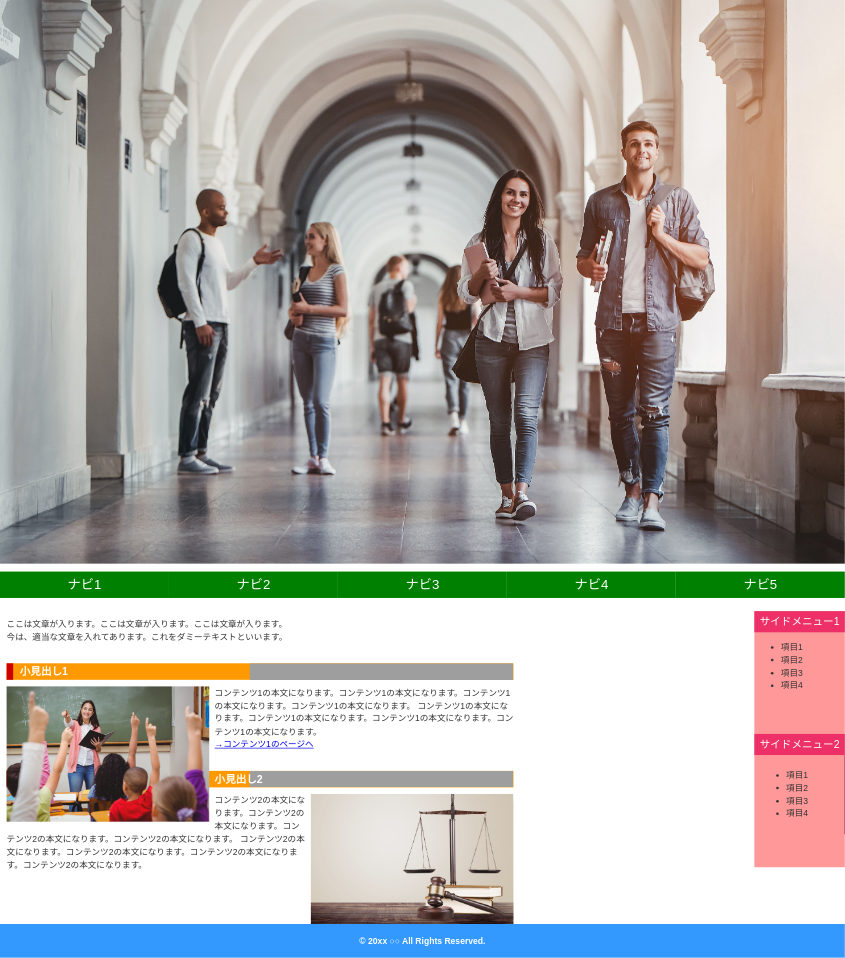
Repository: saki2526/samurai_HTML-CSS
Page: home.html
The author's editor kept a record of every edit. The page is drawn from the files as they stood at one moment, then again after the next edit.
The browser window is 1280 px wide. The pictures show the whole page, at 66% of full size.
Pictures or frames that could not be fetched are drawn as grey boxes.

Above is the page before.

### home.html
<!DOCTYPE html>
<html lang="ja">
    <head>
        <meta charset="UTF-8">
        <title>HTML/CSSの学習</title>
        <link rel="stylesheet" href="stylesheet.css">
    </head>
    <body>
        <div id="header">
            <h1><a href="index.html"><img id="corridor" src="images/corridor.jpg" alt="大学の廊下" /></a></h1>
        </div>
        <div id="wrapper">
            <div id="nav">
                <ul>
                    <li><a href="home.html">ナビ1</a></li>
                    <li><a href="#">ナビ2</a></li>
                    <li><a href="#">ナビ3</a></li>
                    <li><a href="#">ナビ4</a></li>
                    <li><a href="#">ナビ5</a></li>
                </ul>
            </div>
            <div id="container">
                <div id="main">
                    <div class="post">
                        <p>ここは文章が入ります。ここは文章が入ります。ここは文章が入ります。<br />今は、適当な文章を入れてあります。これをダミーテキストといいます。</p>
                    </div>
                    <div class="post clearfix">
                        <h2>小見出し1</h2>
                        <img class="left" src="images/classroom.jpg" alt="授業風景" />
                        <p>
                            コンテンツ1の本文になります。コンテンツ1の本文になります。コンテンツ1の本文になります。コンテンツ1の本文になります。
                            コンテンツ1の本文になります。コンテンツ1の本文になります。コンテンツ1の本文になります。コンテンツ1の本文になります。
                        </p>
                        <p><a href="#">→コンテンツ1のページへ</a></p>
                    </div>
                    <div class="post clearfix">
                        <h2>小見出し2</h2>
                        <img class="right" src="images/scale.jpg" alt="天秤" />
                        <p>
                            コンテンツ2の本文になります。コンテンツ2の本文になります。コンテンツ2の本文になります。コンテンツ2の本文になります。
                            コンテンツ2の本文になります。コンテンツ2の本文になります。コンテンツ2の本文になります。コンテンツ2の本文になります。
                        </p>
                    </div>
                </div>
            </div>
                <div id="side">
                    <div class="box">
                        <h2>サイドメニュー1</h2>
                        <div class="boxbody">
                            <ul>
                                <li>項目1</li>
                                <li>項目2</li>
                                <li>項目3</li>
                                <li>項目4</li>
                            </ul>
                        </div>
                    </div>
                    <div class="box">
                        <h2>サイドメニュー2</h2>
                        <div class="boxBody">
                            <ul>
                                <li>項目1</li>
                                <li>項目2</li>
                                <li>項目3</li>
                                <li>項目4</li>
                            </ul>
                        </div>
                    </div>
                </div>
        </div>
        <div id="footer">
            <p>&copy; 20xx ○○ All Rights Reserved.</p>
        </div>
    </body>
</html>

### stylesheet.css
@charset "utf-8";

body {
	margin: 0;
	padding: 0;
	font-family: "ヒラギノ角ゴ Pro W3", "Hiragino Kaku Gothic Pro", "メイリオ", Meiryo, Osaka, "ＭＳ Ｐゴシック", "MS PGothic", sans-serif;
	color: #333;
	font-size: 13px;
	line-height: 150%;
}

/* -------------------- wrapper -------------------- */
#wrapper {
	width: 100%;
	margin: auto;
	padding: 0px;
	border: 0px;
	background-color: #FFF;
	top: 10px;
	position: relative;
}

/* -------------------- header -------------------- */
#header {
	width: 100%;
}
#header h1 {
	margin: 0;
	padding: 0;
}

#corridor {
	width: 100%;
	height: auto;
}

/* -------------------- footer -------------------- */
#footer {
	clear: both;
	width: 100%;
	padding: 3px 0 3px 0;
	background: #39F;
	color: #FFF;
	font-weight: bold;
	text-align: center;
}

/* -------------------- nav -------------------- */
#nav {
	width: 100%;
}
#nav ul {
	margin: 0;
	padding: 0;
	list-style-type: none;
}
#nav ul li {
	float: left;
	width: 20%;
	text-align: center;
}
#nav ul li a {
	display: block;
	height: 20px;
	margin: 0;
	padding: 10px;
	color: #FFF;
	font-size: 20px;
	text-decoration: none;
	background-color: green;
}

/* -------------------- container -------------------- */
#container {
	width: 100%;
	margin: auto ;
	padding: auto;
	padding-top: 20px;
	clear: both;
}
/* -------------------- main -------------------- */
#main {
	float: left;
	width: 60%;
	padding: 10px 30px 10px 10px;
}
#main h2 {
	margin: 0 0 10px 0;
	padding: 3px 10px 3px 10px;
	color: #FFF;
	font-size: 16px;
	border-left: solid 10px #C00;
	background: #F90 url(../images/main_h2.jpg) right top repeat-y;
}
#main p {
	margin: 0;
	padding: 0;
}
#main .post {
	margin: 0 0 30px 0;
}

#main .post img.right {
	margin: 0 0 0 8px;
}
#main .post img.left {
	margin: 0 8px 0 0;
}

.right {
	float: right;
	width: 40%;
	height: auto;
}
.left {
	float: left;
	width: 40%;
	height: auto;
}

/* -------------------- side ------------------- */
#side {
	    float: right;
	    width: 30%
	    padding: 20px;
	    background-color: #F99;
}
#side .box {
        margin: 0 auto 30px auto;
        padding: 0 0 20px 0;
        background: url(images/side_box.png) botton no-repeat;
}
#side .box h2 {
        margin: 0;
        padding: 8px;
        text-align: center;
        color: #fff;
        font-size: 16px;
        line-height: 16px;
        font-weight: normal;
        background: url(images/side_box_h2.png) center no-repeat;
}
#side .box .boxBody {
        padding: 8px;
        border-right: solid 1px #C36;
}

After the next edit:
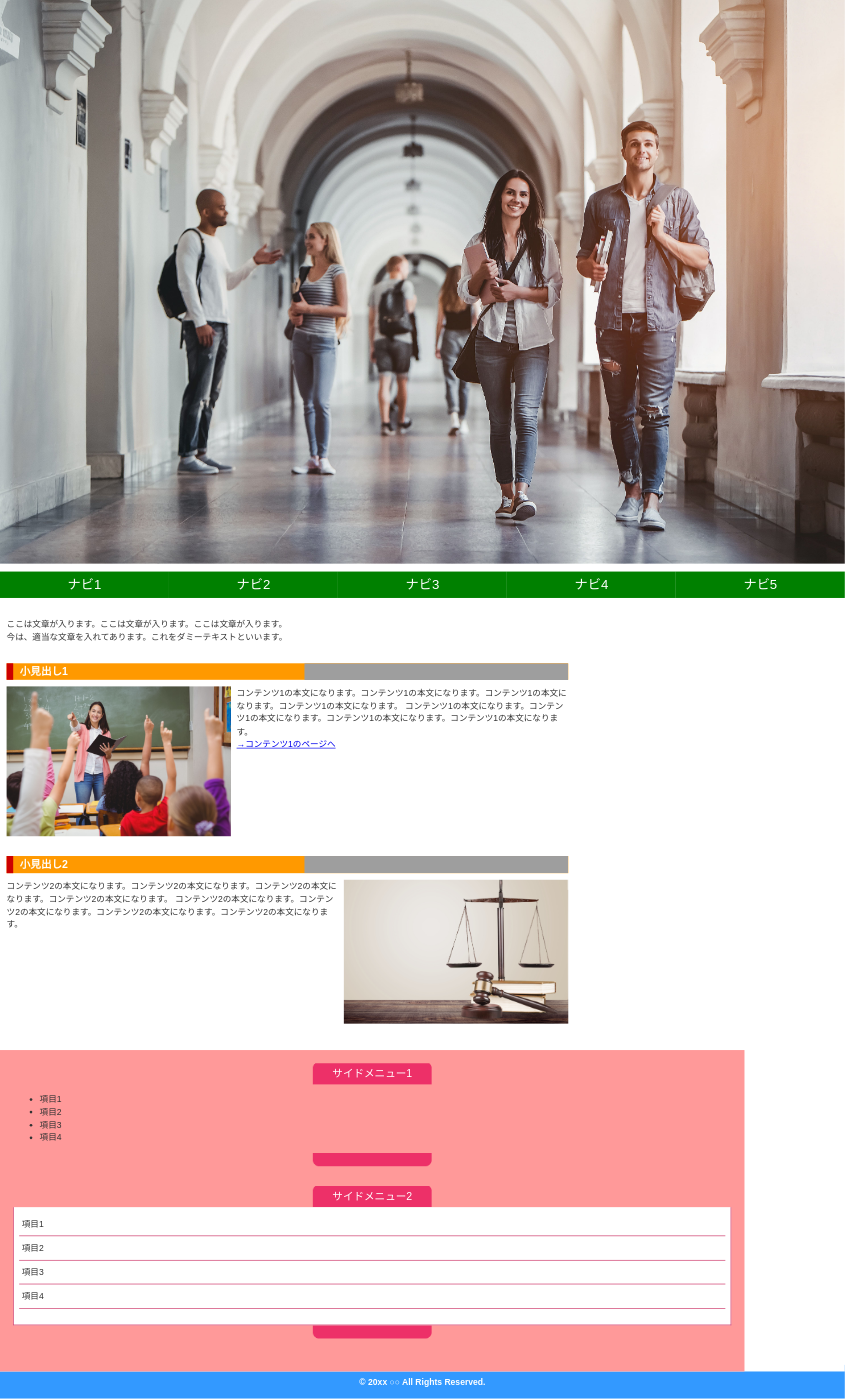
The edit:
--- a/stylesheet.css
+++ b/stylesheet.css
@@ -50,12 +50,12 @@
 	width: 100%;
 }
 #nav ul {
+	display: flex;
 	margin: 0;
 	padding: 0;
 	list-style-type: none;
 }
 #nav ul li {
-	float: left;
 	width: 20%;
 	text-align: center;
 }
@@ -70,6 +70,10 @@
 	background-color: green;
 }
 
+#nav ul li a:hover {
+	filter: drop-shadow(10px 10px 10px black);
+}
+
 /* -------------------- container -------------------- */
 #container {
 	width: 100%;
@@ -77,11 +81,12 @@
 	padding: auto;
 	padding-top: 20px;
 	clear: both;
+	display: grid;
+	grid-template-columns: 70vw 30vw;
 }
 /* -------------------- main -------------------- */
 #main {
-	float: left;
-	width: 60%;
+	width: 95%;
 	padding: 10px 30px 10px 10px;
 }
 #main h2 {
@@ -118,29 +123,57 @@
 	height: auto;
 }
 
-/* -------------------- side ------------------- */
+/* -------------------- clearfix -------------------- */
+.clearfix {
+	zoom: 1;
+}
+.clearfix:after{
+	content: "";
+	display: block;
+	clear: both;
+}
+
+/* -------------------- side -------------------- */
 #side {
-	    float: right;
-	    width: 30%
-	    padding: 20px;
-	    background-color: #F99;
+	width: 85%;
+	padding: 20px;
+	background-color: #F99;
 }
 #side .box {
-        margin: 0 auto 30px auto;
-        padding: 0 0 20px 0;
-        background: url(images/side_box.png) botton no-repeat;
+	margin: 0 auto 30px auto;
+	padding: 0 0 20px 0;
+	background: url(images/side_box.png) bottom no-repeat;
 }
 #side .box h2 {
-        margin: 0;
-        padding: 8px;
-        text-align: center;
-        color: #fff;
-        font-size: 16px;
-        line-height: 16px;
-        font-weight: normal;
-        background: url(images/side_box_h2.png) center no-repeat;
+	margin: 0;
+	padding: 8px;
+	text-align: center;
+	color: #fff;
+	font-size: 16px;
+	line-height: 16px;
+	font-weight: normal;
+	background: url(images/side_box_h2.png) center no-repeat;
 }
 #side .box .boxBody {
-        padding: 8px;
-        border-right: solid 1px #C36;
+	padding: 8px;
+	border-right: solid 1px #C36;
+	border-bottom: solid 1px #C36;
+	border-left: solid 1px #C36;
+	background: #fff;
 }
+#side .box .boxBody ul {
+	margin: 0 0 16px 0;
+	padding: 0;
+}
+#side .box .boxBody ul li {
+	padding: 8px 0 8px 4px;
+	list-style: none;
+	border-bottom: solid 1px #C36;
+}
+
+#side .box .boxBody ul li:hover {
+	padding: 8px 0 8px 4px;
+	list-style: none;
+	border-bottom: solid 1px #C36;
+	box-shadow: 0px 4px 4px rgba(0, 0, 0, 0.3);
+}
